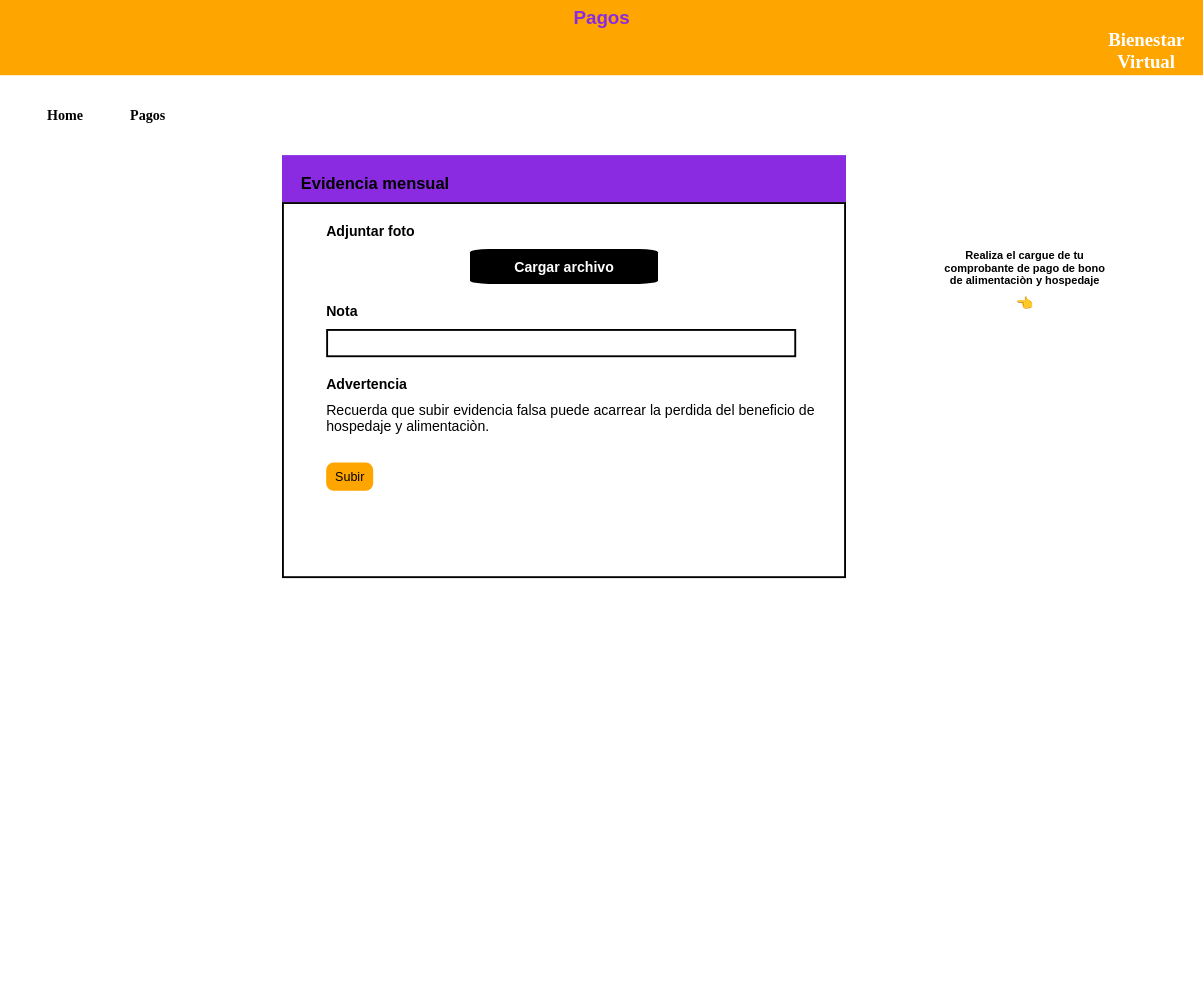
Repository: Diani123/Mis-actividades
Page: softwarebienestarinstitucional/pagos.html
An editor plug-in stored every save of this project. The page is shown before and after the next save, followed by the edit.
The browser window is 1280 px wide. The pictures show the whole page, at 94% of full size.

Above is the page before, as saved 2023-02-12 20:38:33.

After the next save:
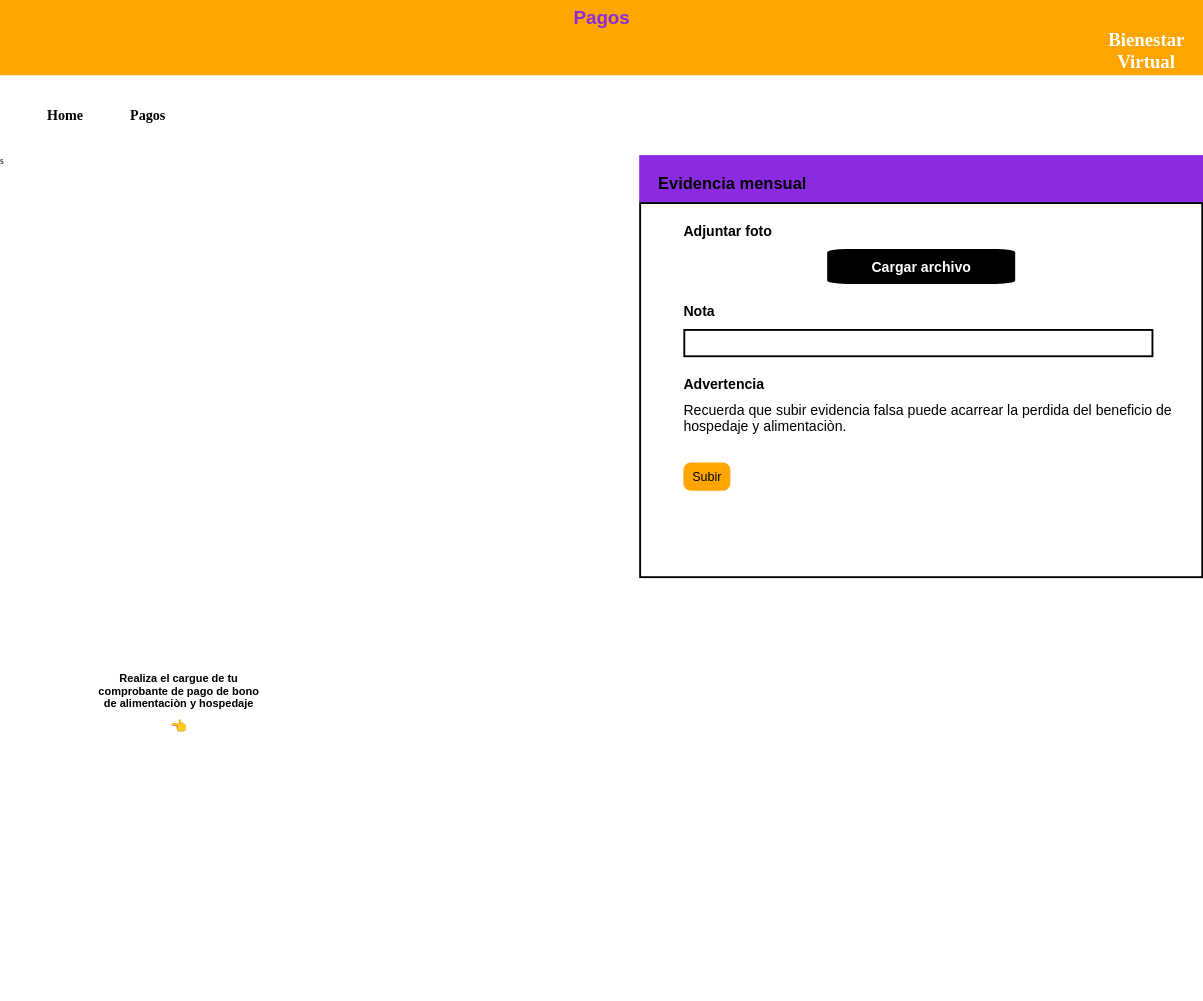
Saved 57 s later.
--- a/softwarebienestarinstitucional/pagos.html
+++ b/softwarebienestarinstitucional/pagos.html
@@ -20,6 +20,7 @@
       <a href="./pagos.html" class="item"><h2 class="item-title">Pagos</h2></a>
     </div>
     <div class="ContainerT">
+      s
       <div class="contenedor1">
       <div class="ContainerTitle">
         <h3 class="title4">Evidencia mensual</h3>

After the save that followed:
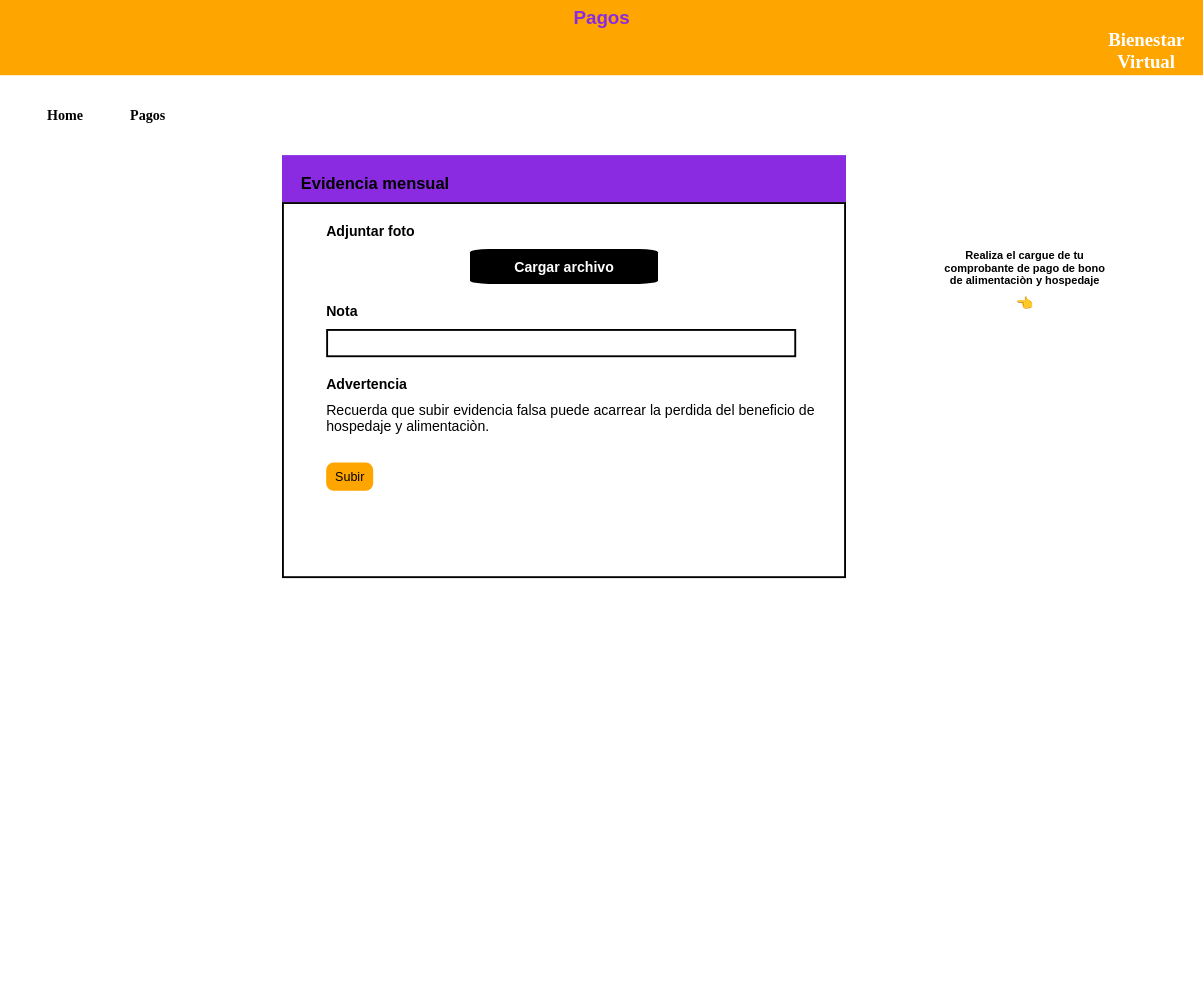
Saved 4 s later.
--- a/softwarebienestarinstitucional/pagos.html
+++ b/softwarebienestarinstitucional/pagos.html
@@ -20,7 +20,7 @@
       <a href="./pagos.html" class="item"><h2 class="item-title">Pagos</h2></a>
     </div>
     <div class="ContainerT">
-      s
+
       <div class="contenedor1">
       <div class="ContainerTitle">
         <h3 class="title4">Evidencia mensual</h3>
